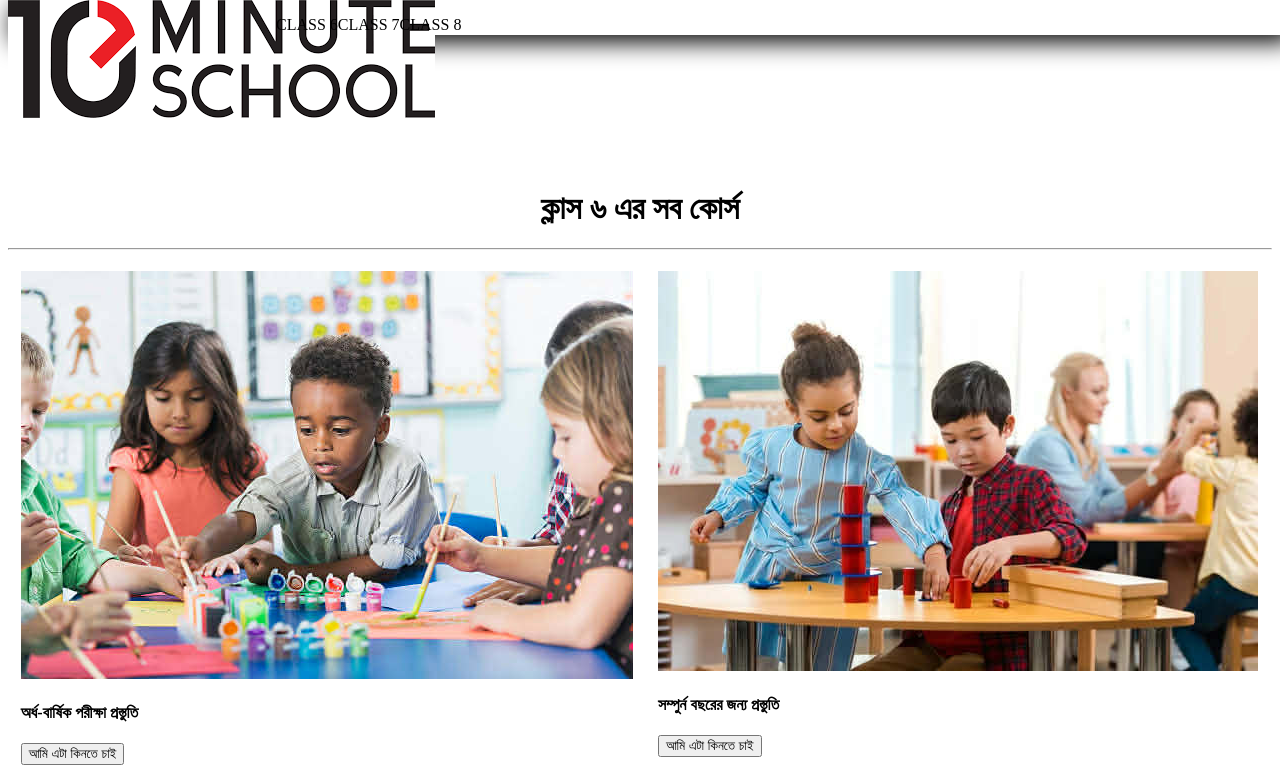
Repository: ridhukhan/10MinuteCourse
Page: /
These files come from the project's save history. The page is drawn as it stood at one moment and after the next save; the edit follows.
The browser window is 1280 px wide. The pictures show the whole page.
The project was rebuilt for these pictures with package versions that can differ from the ones it lists, and the page was loaded fresh each time. Also part of the build but not shown: vite.config.js.

Above is the page before, as saved 2025-12-14 19:58:06.

### index.html
<!doctype html>
<html lang="en">
  <head>
    <meta charset="UTF-8" />
    <link rel="icon" type="image/svg+xml" href="/vite.svg" />
    <meta name="viewport" content="width=device-width, initial-scale=1.0" />
    <title>10minuteschool</title>
  </head>
  <body>
    <div id="root"></div>
    <script type="module" src="/src/main.jsx"></script>
  </body>
</html>

### src/index.css
@media screen and (max-width: 500px){
  *{
    width: 100%;
    padding: 0;
    margin: 0;
  }
}

### src/App.jsx
import { BrowserRouter ,Routes, Route } from "react-router-dom"
import Navber from "./Nav/Navber"
import Home from "./pages/Home"



function App() {

  return (
<div>

<BrowserRouter>
<Navber/>
<Routes>

<Route path="/" element={<Home/>}/>





</Routes>





</BrowserRouter>






</div>
  )
}

export default App

### src/Nav/Navber.jsx
import React from 'react'
import "./Navbar.css"
import mainLogo from "../assets/mainlogo.png"
const Navber = () => {
  return (
    <div className='navBar'>

<div className='navlogo'>
<img src={mainLogo} alt="logo"/>
</div>
<ul>
    <li>CLASS 6</li>
    <li>CLASS 7</li>
    <li>CLASS 8</li>
</ul>
</div>
  )
}

export default Navber

### src/pages/Home.jsx
import React from 'react'
import Class6c from '../Component/Class6c'

const Home = () => {
  return (
    <div>



        <h1 style={{justifyContent:"center", textAlign:"center" ,marginTop:"15%"}}>ক্লাস ৬ এর সব কোর্স</h1>
    <hr />
    <Class6c/>

    </div>
  )
}

export default Home

### src/Nav/Navbar.css
.navBar{
width: 100%;
display: flex;
z-index: 1000;
position: fixed;
top: 0;
height: 35px;
box-shadow: 4px 7px 25px;
}
.navBar .navlogo{
    width: 100px;
    height: 100px;
}
.navBar ul{
    display: flex;
    margin-left: 10%;
}
.navBar ul li{
    list-style: none;
}

### src/Component/Class6c.jsx
import React from 'react'
import "./Class6c.css"
import class61 from '../assets/class61.jpeg'
import class62 from '../assets/class62.jpeg'
const Class6c = () => {
  return (
    <div className='class6main'>
<div className='class61i'>
  <div>
    <img src={class61} alt="class61" />
   </div>
  <div className='class61t'>
    <h4>অর্ধ-বার্ষিক পরীক্ষা প্রস্তুতি</h4>
    <button>আমি এটা কিনতে চাই</button>
  </div>
</div>

<div className='class62i'>
<div>
<img src={class62} alt="class62" />
</div>

<div className='class61t'>
<h4>সম্পুর্ন বছরের জন্য  প্রস্তুতি</h4>
<button>আমি এটা কিনতে চাই</button>
</div>
</div>



    </div>
  )
}

export default Class6c

### src/Component/Class6c.css
.class6main{
    display: flex;
    height: 40vh;
    width: 100%;

}
.class6main .class61i{
    height: 35vh;
    margin: 1%;

}
.class6main .class62i{
      height: 35vh;
    margin: 1%;
}

Loaded but not shown: src/main.jsx (common file)

After the next save:
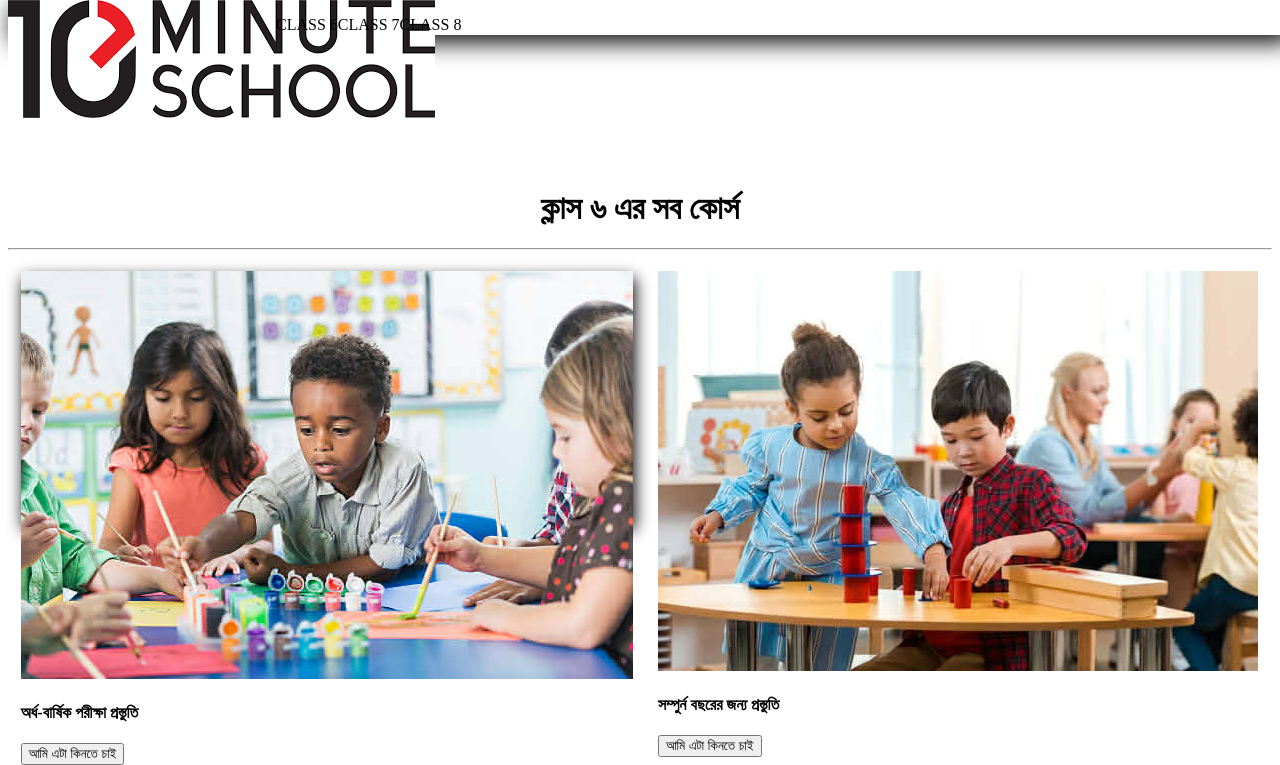
Saved 39 s later.
--- a/src/Component/Class6c.css
+++ b/src/Component/Class6c.css
@@ -7,7 +7,7 @@
 .class6main .class61i{
     height: 35vh;
     margin: 1%;
-
+   box-shadow: 2px 7px 15px black;
 }
 .class6main .class62i{
       height: 35vh;
